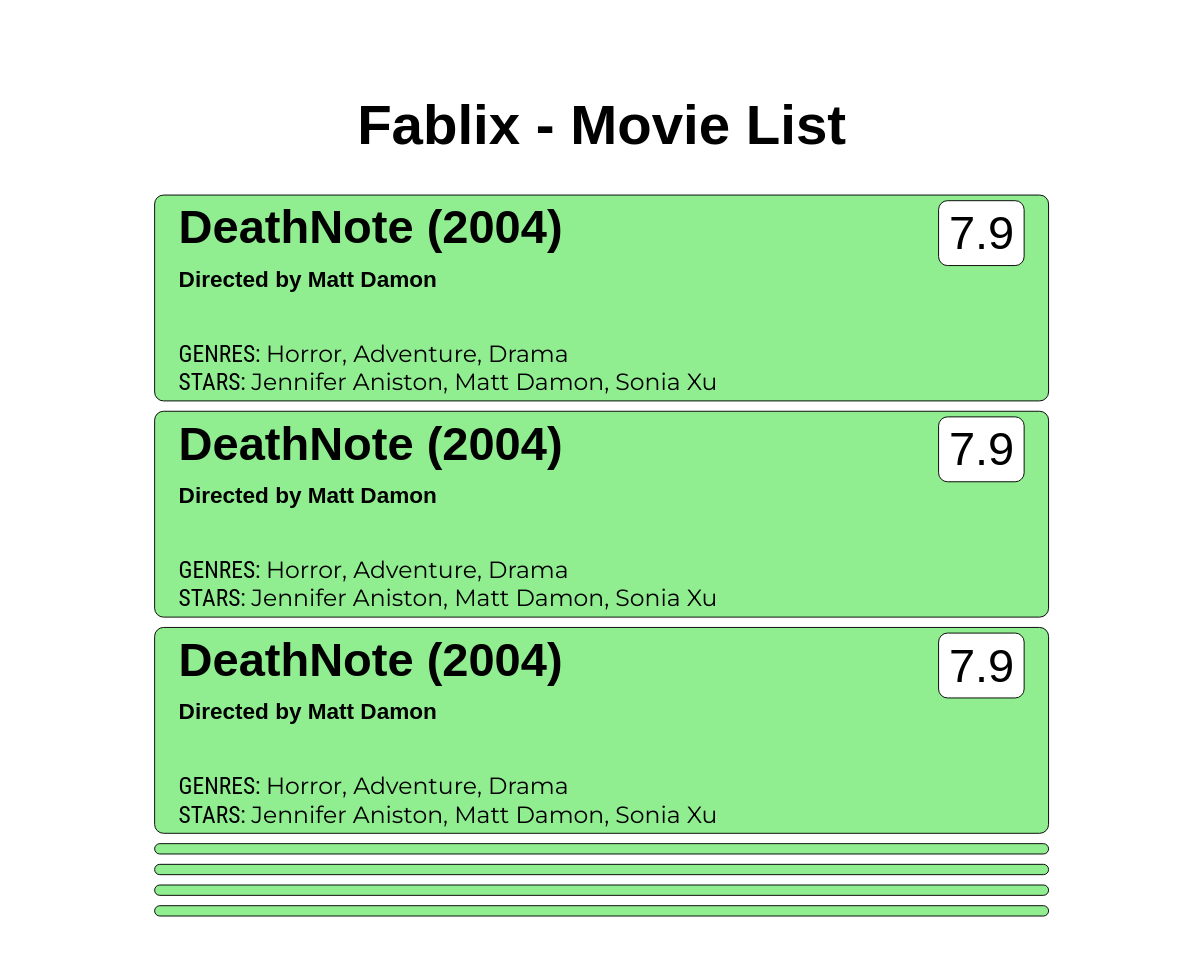
Repository: csumphan/fablix
Page: Project1/WebContent/index.html
The author's editor kept a copy of each file at every save. The page is drawn from the files as they stood at one save, then again after the next save.
The browser window is 1280 px wide. The pictures show the whole page, at 94% of full size.
Some web fonts or font styles are not loaded; a fallback is used.

Above is the page before, as saved 2018-01-23 00:38:11.

### Project1/WebContent/index.html
<!DOCTYPE html>
<html>
<head>
<meta charset="UTF-8">
<title>Insert title here</title>
<link href="https://fonts.googleapis.com/css?family=Libre+Franklin|Montserrat|Play|Roboto+Condensed" rel="stylesheet">
<link type="text/css" href="styles.css" rel="stylesheet"/>
</head>
<body>
	<h1>Fablix - Movie List</h1>
	<div id="movie-list-container">
		<div class="movie-item">
			<div class="header-container">
				<h1>DeathNote <span>(2004)</span></h1>
				<div class="rating">7.9</div>
			</div>
			<div class="sub-header-container">
				<h2>Directed by Matt Damon</h2>
			</div>
			<div class="info-container">
				<div class="genres-container">
					GENRES:
					<span class="info-list">Horror, Adventure, Drama</span>
				</div>
				<div class="stars-container">
					STARS: <span class="info-list">Jennifer Aniston, Matt Damon, Sonia Xu</span>
				</div>
			</div>
		</div>
		<div class="movie-item">
			<div class="header-container">
				<h1>DeathNote <span>(2004)</span></h1>
				<div class="rating">7.9</div>
			</div>
			<div class="sub-header-container">
				<h2>Directed by Matt Damon</h2>
			</div>
			<div class="info-container">
				<div class="genres-container">
					GENRES:
					<span class="info-list">Horror, Adventure, Drama</span>
				</div>
				<div class="stars-container">
					STARS: <span class="info-list">Jennifer Aniston, Matt Damon, Sonia Xu</span>
				</div>
			</div>
		</div>
		<div class="movie-item">
			<div class="header-container">
				<h1>DeathNote <span>(2004)</span></h1>
				<div class="rating">7.9</div>
			</div>
			<div class="sub-header-container">
				<h2>Directed by Matt Damon</h2>
			</div>
			<div class="info-container">
				<div class="genres-container">
					GENRES:
					<span class="info-list">Horror, Adventure, Drama</span>
				</div>
				<div class="stars-container">
					STARS: <span class="info-list">Jennifer Aniston, Matt Damon, Sonia Xu</span>
				</div>
			</div>
		</div>
		<div class="movie-item"></div>
		<div class="movie-item"></div>
		<div class="movie-item"></div>
		<div class="movie-item"></div>

	</div>
</body>
</html>

### Project1/WebContent/styles.css
body {
	padding: 50px;
	display: flex;
	justify-content: center;
	align-items: center;
	flex-direction: column;
	background-color: white;
}

body > h1 {
	font-size: 60px;
	font-family: 'Libre Franklin', sans-serif;
}
#movie-list-container {
	width: 1000px;
	display: flex;
	justify-content: center;
	align-items: center;
	flex-direction: column;
}

.movie-item {
	width: 900px;
	border-radius: 10px;
	border: 1px solid black;
	background-color: lightgreen;
	margin-bottom: 10px;
	padding: 5px 25px;
}

.header-container {
	display: flex;
	justify-content: space-between;
}

.header-container > h1 {
	font-family: 'Play', sans-serif;
	margin: 0px;
	font-size: 50px;
}

.sub-header-container > h2 {
	font-family: 'Libre Franklin', sans-serif;
	margin: 0px;
}

.info-container {
	font-family: 'Roboto Condensed', sans-serif;
	font-size: 25px;
	margin-top: 50px;
	display: flex;
	flex-direction: column;
}

.rating {
	font-size: 50px;
	border: 1px solid black;
	padding: 5px 10px;
	border-radius: 10px;
	background-color: white;
	font-family: 'Libre Franklin', sans-serif;
}

.genres-container {
	width: 100%;
}

.info-list {
	font-family: 'Montserrat', sans-serif;
	font-size: 25px;
}


.stars-container {
	width: 100%;
}

After the next save:
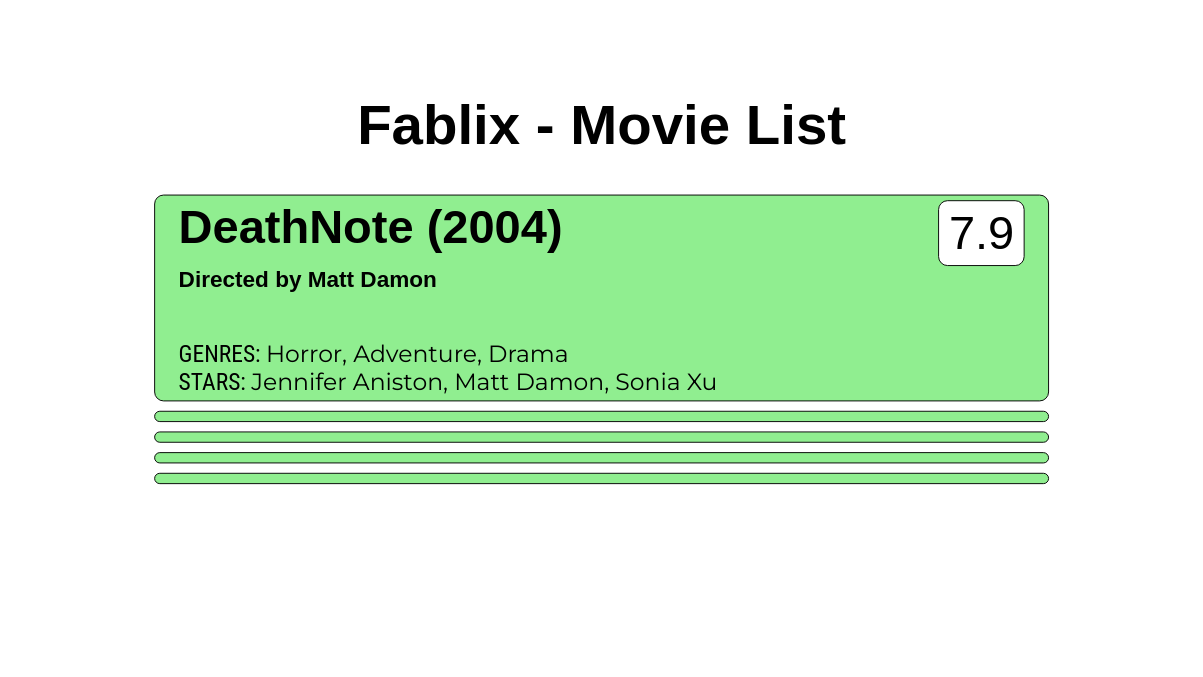
Saved 66 min 28 s later.
--- a/Project1/WebContent/index.html
+++ b/Project1/WebContent/index.html
@@ -27,42 +27,6 @@
 				</div>
 			</div>
 		</div>
-		<div class="movie-item">
-			<div class="header-container">
-				<h1>DeathNote <span>(2004)</span></h1>
-				<div class="rating">7.9</div>
-			</div>
-			<div class="sub-header-container">
-				<h2>Directed by Matt Damon</h2>
-			</div>
-			<div class="info-container">
-				<div class="genres-container">
-					GENRES:
-					<span class="info-list">Horror, Adventure, Drama</span>
-				</div>
-				<div class="stars-container">
-					STARS: <span class="info-list">Jennifer Aniston, Matt Damon, Sonia Xu</span>
-				</div>
-			</div>
-		</div>
-		<div class="movie-item">
-			<div class="header-container">
-				<h1>DeathNote <span>(2004)</span></h1>
-				<div class="rating">7.9</div>
-			</div>
-			<div class="sub-header-container">
-				<h2>Directed by Matt Damon</h2>
-			</div>
-			<div class="info-container">
-				<div class="genres-container">
-					GENRES:
-					<span class="info-list">Horror, Adventure, Drama</span>
-				</div>
-				<div class="stars-container">
-					STARS: <span class="info-list">Jennifer Aniston, Matt Damon, Sonia Xu</span>
-				</div>
-			</div>
-		</div>
 		<div class="movie-item"></div>
 		<div class="movie-item"></div>
 		<div class="movie-item"></div>
